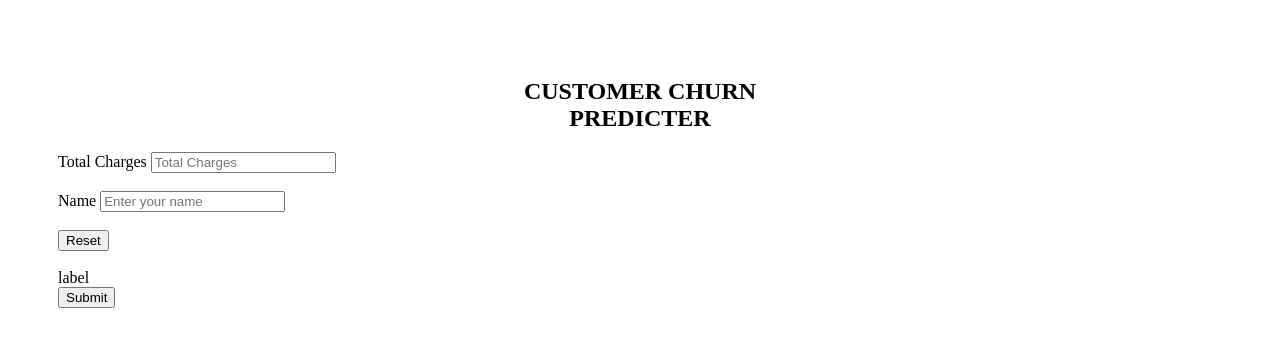
Repository: Cedrqmwesigwa/customer-churn-Bank
Page: index.html
An editor plug-in stored every save of this project. The page is shown before and after a run of saves, followed by the edit.
The browser window is 1280 px wide. The pictures show the whole page.

Above is the page before, as saved 2024-05-21 03:34:55.

### index.html
<!DOCTYPE html>
<html>
    <head>
        <meta charset= 'UTF-8' >
        <title>ML API</title>

    </head>

    <body>
        <style>
            body{
	        padding: 50px;
            padding-top: 20;
}
            input [ type="text" ] {
                padding: 10%;
                border: 1px;
                border-radius: 4px;
            }
            /* label{
                /* font-weight:bold; */
            /* } */

        </style>
        <section>
            <div class="login">
                <!-- <div style="center"></div> -->
                <h1 style="text-align: center;"> CUSTOMER CHURN <br> PREDICTER</h1>
        </section>

            <section>
                <form action=" {{url for (predict)}}" method="POST">
                    <div>
                        <label for="Total Charges"> Total Charges  </label>
                        <input type="number" name="Total Charges" id="name" placeholder="Total Charges" required="required" />
                    </div>

                    <br>

                    <div>
                        <label for="name"> Name </label>
                        <input type="text" name="name" id="name" placeholder="Enter your name" required="required" />
                    </div>

                    <br>

                    <div>
                        <input type="reset">
                    </div>

                    <br>

                    <div>
                        label
                    </div>

                    <div>
                        <input type="submit">
                    </div>








                </form>
            </section>


        </div>
    </body>
</html>

After the next 2 saves:
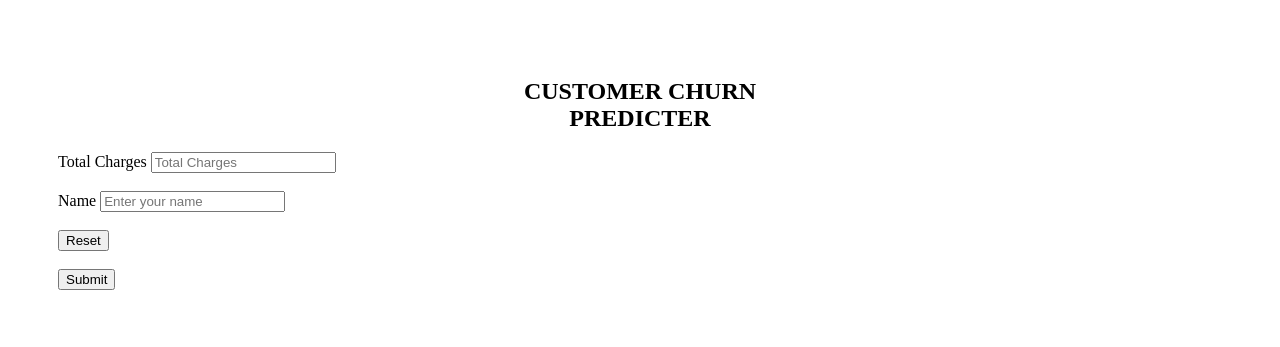
The 2 saves are shown as one change because they came seconds apart.
The last was saved 9 s later.
--- a/index.html
+++ b/index.html
@@ -51,7 +51,7 @@
                     <br>
 
                     <div>
-                        label
+                        <label for="" class="input"></label>
                     </div>
 
                     <div>
